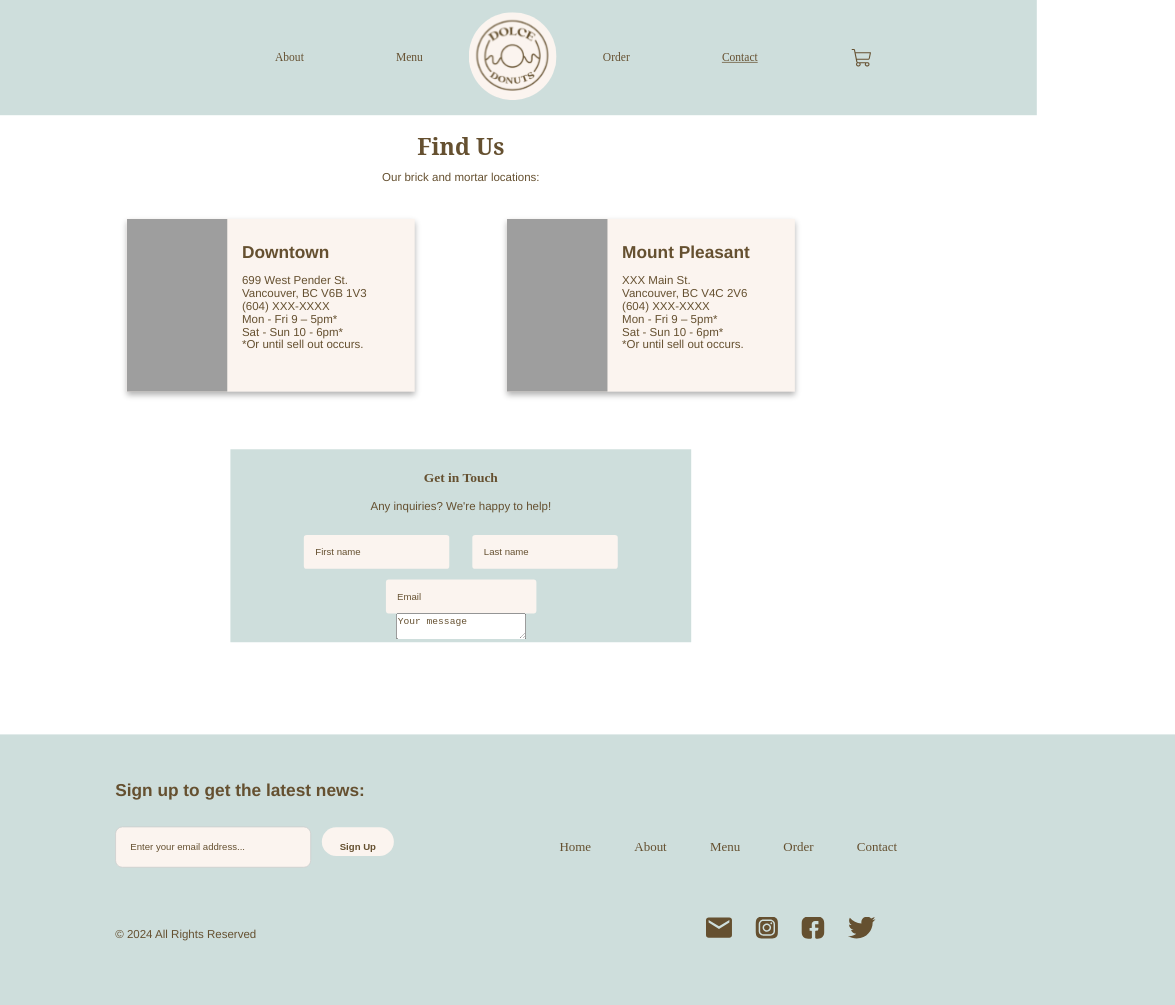
Repository: Crystalhtc/dolcedonuts
Page: /contact
An editor plug-in stored every save of this project. The page is shown before and after the next save, followed by the edit.
The browser window is 1280 px wide. The page is 1632 px wide, so the pictures cover 1632 px, including what lies to the right of the window. The pictures show the whole page, at 72% of full size.
Pictures or frames that could not be fetched are drawn as grey boxes. The project was rebuilt for these pictures with package versions that can differ from the ones it lists, and the page was loaded fresh each time. Also part of the build but not shown: vite.config.js, src/pages/Home.module.css, src/pages/Home.jsx, src/components/ProductCard/ProductCard.jsx, src/Data/products.js, src/pages/Order.css, src/pages/Menu.jsx, src/pages/Order.jsx and 13 more.

Above is the page before, as saved 2024-10-20 15:25:53.

After the next save:
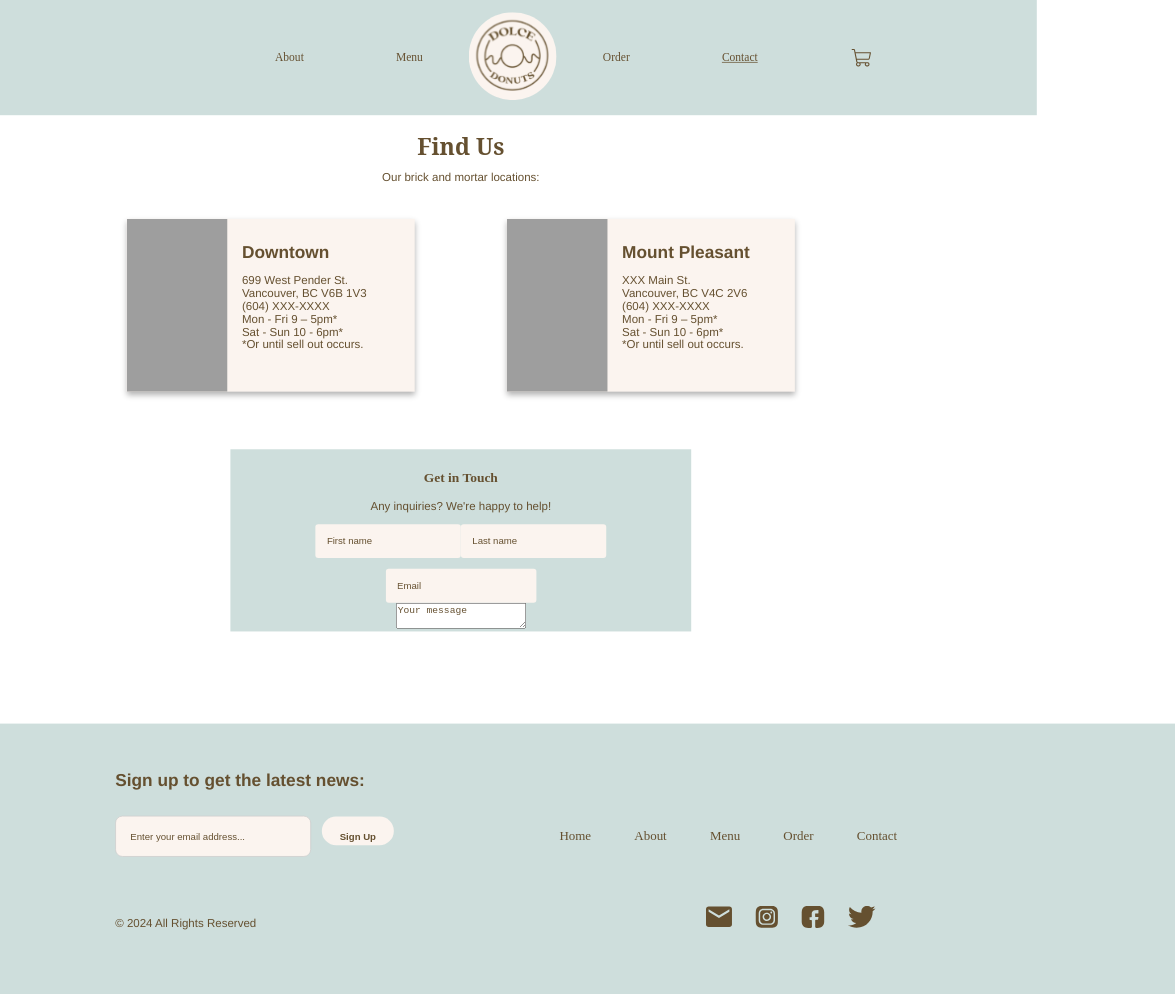
Saved 9 s later.
--- a/src/components/ContactUsForm/ContactForm.module.css
+++ b/src/components/ContactUsForm/ContactForm.module.css
@@ -13,7 +13,7 @@
 .nameFieldContainer {
     display: flex;
     justify-content: center;
-    gap: 5%;
+    gap:
     padding-top: 15px;
     padding-bottom: 15px;
 }

After the 2 saves that followed:
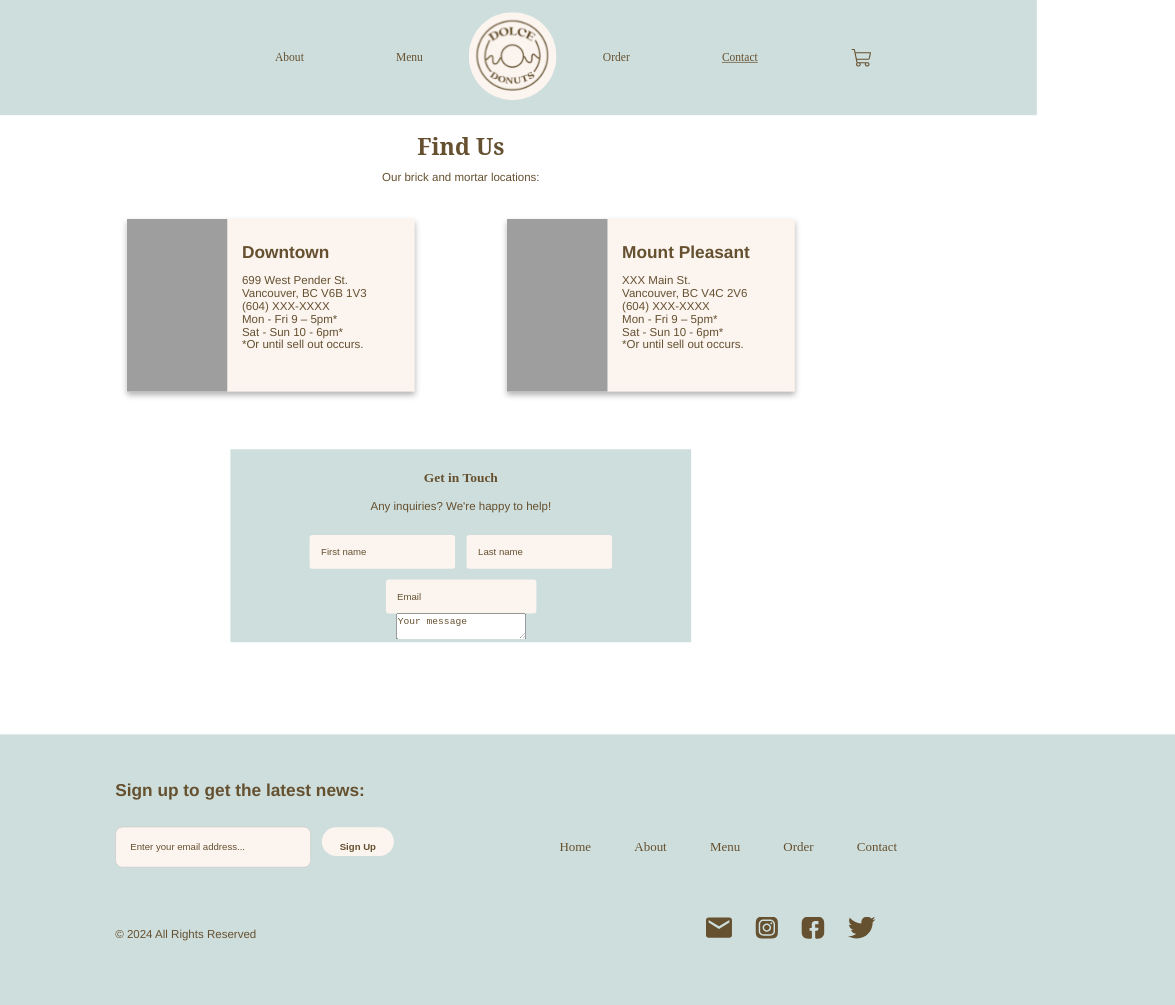
The 2 saves are shown as one change because they came seconds apart.
The last was saved 6 s later.
--- a/src/components/ContactUsForm/ContactForm.module.css
+++ b/src/components/ContactUsForm/ContactForm.module.css
@@ -13,7 +13,7 @@
 .nameFieldContainer {
     display: flex;
     justify-content: center;
-    gap:
+    gap: 1rem;
     padding-top: 15px;
     padding-bottom: 15px;
 }
